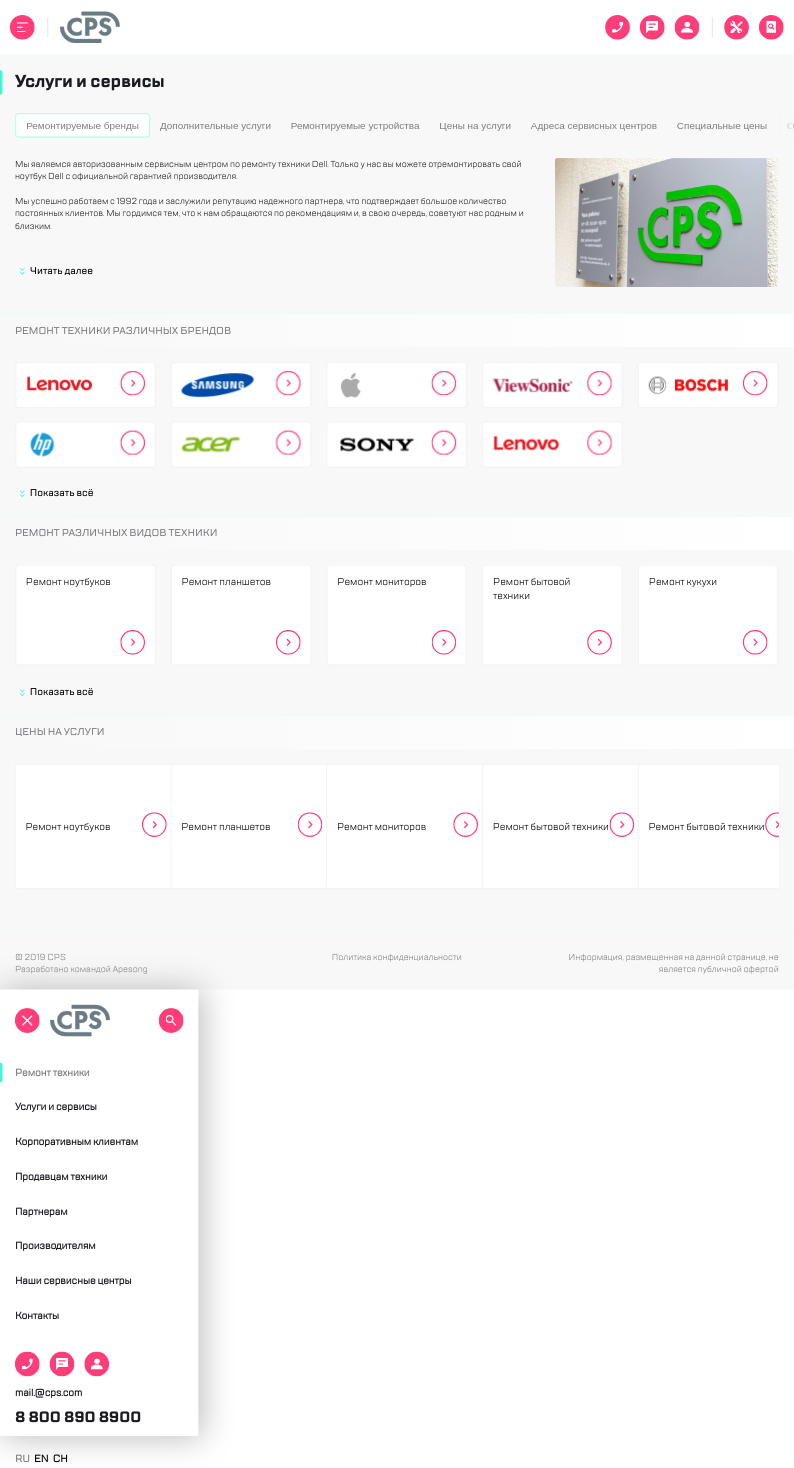
Repository: Dedoxa/WebCoreF
Page: /
The author's editor kept a copy of each file at every save. The page is drawn from the files as they stood at one save, then again after the next save.
The browser window is 1280 px wide. The pictures show the whole page, at 62% of full size.
The project was rebuilt for these pictures with package versions that can differ from the ones it lists, and the page was loaded fresh each time. Also part of the build but not shown: webpack.config.js.

Above is the page before, as saved 2024-06-15 18:19:55.

### src/index.html
<!DOCTYPE html>
<html lang="en">
  <head>
    <meta charset="UTF-8" />
    <meta
      name="viewport"
      content="width=device-width, user-scalable=no, initial-scale=1.0, maximum-scale=1.0, minimum-scale=1.0"
    />
    <meta http-equiv="X-UA-Compatible" content="ie=edge" />
    <title>WebCoreFinal</title>
  </head>
  <body>
    <header class="header">
      <div class="header__left-side">
        <a id="burger" href="#" class="icon header__icon"></a>
        <a id="logo" href="#" class="icon header__icon"></a>
      </div>
      <div class="header__right-side">
        <a id="call" href="#" class="icon header__icon"></a>
        <a id="chat" href="#" class="icon header__icon"></a>
        <a id="profile" href="#" class="icon header__icon"></a>
        <a id="repair" href="#" class="icon header__icon"></a>
        <a id="checkStatus" href="#" class="icon header__icon"></a>
      </div>
    </header>
    <main>
      <section class="presentation">
        <div class="presentation__wrapper">
          <div class="presentation__title">
            <h1 class="presentation__heading">Услуги и сервисы</h1>
            <div class="presentation__right-area">
              <label class="presentation__icon-area">
                <span class="presentation__icon-text">Оставить заявку</span>
                <a id="repair" href="#" class="icon presentation__icon"></a>
              </label>
              <label class="presentation__icon-area">
                <span class="presentation__icon-text">Статус ремонта</span>
                <a id="checkStatus" href="#" class="icon presentation__icon"></a>
              </label>
            </div>
          </div>
          <div class="presentation__buttons">
            <button href="#" class="presentation__button presentation__button--focus">
              Ремонтируемые бренды
            </button>
            <button href="#" class="presentation__button">
              Дополнительные услуги
            </button>
            <button href="#" class="presentation__button">
              Ремонтируемые устройства
            </button>
            <button href="#" class="presentation__button">
              Цены на услуги
            </button>
            <button href="#" class="presentation__button">
              Адреса сервисных центров
            </button>
            <button href="#" class="presentation__button">
              Специальные цены
            </button>
            <button href="#" class="presentation__button">Отзывы</button>
            <div class="presentation__right-fade-effect"></div>
          </div>
          <div class="presentation__container">
            <div class="presentation__description">
              <p class="presentation__text">
                Мы являемся авторизованным сервисным центром по ремонту техники
                Dell. Только у нас вы можете отремонтировать свой ноутбук Dell с
                официальной гарантией производителя. <br /><br />
                Мы успешно работаем с 1992 года и заслужили репутацию надежного
                партнера, что подтверждает большое количество постоянных клиентов.
                Мы гордимся тем, что к нам обращаются по рекомендациям и, в свою
                очередь, советуют нас родным и близким.
              </p>
              <span class="presentation__toggler">Читать далее</span>
            </div>
            <img src="img/CPS-img-tablet.jpg" alt="" class="presentation__image-tablet" />
            <img
              src="img/CPS-img-desktop.jpg"
              alt=""
              class="presentation__image-desktop"
            />
          </div>
        </div>
        <img src="img/CPS-img-phone.jpg" alt="" class="presentation__image-phone" />
      </section>
      <section class="plates">
        <header class="plates__heading">
            <div class="plates__wrapper plates__wrapper-heading">
                <span>Ремонт техники различных брендов</span>
            </div>
        </header>
        <div class="plates__content-area">
            <div class="plates__wrapper">
                <div class="plates__swiper-container">
                    <div class="swiper plates__swiper">
                        <div id="plate-options" class="swiper-wrapper plates__brands-wrapper">
                            <div class="swiper-slide plates__slide">
                                <div class="plates__brand-plate">
                                    <img src="../img/logo-lenovo.png"  width="108" height="32"  class="plates__logo"></img>
                                    <div class="plates__dropdown-wrapper">
                                      <img src="./img/ic-dropdown.svg"></img>
                                    </div>
                                </div>
                            </div>
                            <div class="swiper-slide plates__slide">
                                <div class="plates__brand-plate">
                                    <img src="../img/logo-samsung.png" width="116" height="38.52" class="plates__logo"></img>
                                    <div class="plates__dropdown-wrapper">
                                      <img src="./img/ic-dropdown.svg"></img>
                                    </div>
                                </div>
                            </div>
                            <div class="swiper-slide plates__slide">
                                <div class="plates__brand-plate">
                                    <img src="../img/logo-apple.png" width="44" height="44" class="plates__logo"></img>
                                    <div class="plates__dropdown-wrapper">
                                      <img src="./img/ic-dropdown.svg"></img>
                                    </div>
                                </div>
                            </div>
                            <div class="swiper-slide plates__slide">
                                <div class="plates__brand-plate">
                                    <img src="../img/logo-viewSonic.png" width="128" height="21" class="plates__logo"></img>
                                    <div class="plates__dropdown-wrapper">
                                      <img src="./img/ic-dropdown.svg"></img>
                                    </div>
                                </div>
                            </div>
                            <div class="swiper-slide plates__slide">
                                <div class="plates__brand-plate">
                                    <img src="../img/logo-bosch.png" width="128" height="28.6" class="plates__logo"></img>
                                    <div class="plates__dropdown-wrapper">
                                      <img src="./img/ic-dropdown.svg"></img>
                                    </div>
                                </div>
                            </div>
                            <div class="swiper-slide plates__slide">
                                <div class="plates__brand-plate">
                                    <img src="../img/logo-hp.png" width="52" height="52" class="plates__logo"></img>
                                    <div class="plates__dropdown-wrapper">
                                      <img src="./img/ic-dropdown.svg"></img>
                                    </div>
                                </div>
                            </div>
                            <div class="swiper-slide plates__slide">
                                <div class="plates__brand-plate">
                                    <img src="../img/logo-acer.png" width="94" height="24" class="plates__logo"></img>
                                    <div class="plates__dropdown-wrapper">
                                      <img src="./img/ic-dropdown.svg"></img>
                                    </div>
                                </div>
                            </div>
                            <div class="swiper-slide plates__slide">
                                <div class="plates__brand-plate">
                                    <img src="../img/logo-sony.png" width="128" height="25.6" class="plates__logo"></img>
                                    <div class="plates__dropdown-wrapper">
                                      <img src="./img/ic-dropdown.svg"></img>
                                    </div>
                                </div>
                            </div>
                            <div class="swiper-slide plates__slide">
                                <div class="plates__brand-plate">
                                    <img src="../img/logo-lenovo.png"  width="108" height="32"  class="plates__logo"></img>
                                    <div class="plates__dropdown-wrapper">
                                      <img src="./img/ic-dropdown.svg"></img>
                                    </div>
                                </div>
                            </div>
                        </div>
                        <div class="swiper-pagination"></div>
                    </div>
                </div>
            </div>
            <div class="plates__toggler-area">
                <label class="plates__wrapper plates__wrapper-toggler">
                    <span id="plates-toggler" class="plates__toggler">Показать всё</span>
                </label>
            </div>
        </div>
      </section>
      <section class="plates">
        <header class="plates__heading">
            <div class="plates__wrapper plates__wrapper-heading">
                <span>Ремонт различных видов техники</span>
            </div>
        </header>
        <div class="plates__content-area">
            <div class="plates__wrapper">
                <div class="plates__swiper-container">
                    <div class="swiper plates__swiper">
                        <div id="device-options" class="swiper-wrapper plates__devices-wrapper">
                            <div class="swiper-slide plates__slide">
                                <div class="plates__device-plate">
                                  <span class="plates__logo">Ремонт ноутбуков</span>
                                  <div class="plates__dropdown-wrapper">
                                    <img src="./img/ic-dropdown.svg"></img>
                                  </div>
                                </div>
                            </div>
                            <div class="swiper-slide plates__slide">
                                <div class="plates__device-plate">
                                  <span class="plates__logo">Ремонт планшетов</span>
                                  <div class="plates__dropdown-wrapper">
                                    <img src="./img/ic-dropdown.svg"></img>
                                  </div>
                                </div>
                            </div>
                            <div class="swiper-slide plates__slide">
                                <div class="plates__device-plate">
                                  <span class="plates__logo">Ремонт мониторов</span>
                                  <div class="plates__dropdown-wrapper">
                                    <img src="./img/ic-dropdown.svg"></img>
                                  </div>
                                </div>
                            </div>
                            <div class="swiper-slide plates__slide">
                                <div class="plates__device-plate">
                                  <span class="plates__logo">Ремонт бытовой техники</span>
                                  <div class="plates__dropdown-wrapper">
                                    <img src="./img/ic-dropdown.svg"></img>
                                  </div>
                                </div>
                            </div>
                            <div class="swiper-slide plates__slide">
                                <div class="plates__device-plate">
                                  <span class="plates__logo">Ремонт кукухи</span>
                                  <div class="plates__dropdown-wrapper">
                                    <img src="./img/ic-dropdown.svg"></img>
                                  </div>
                                </div>
                            </div>
                            <div class="swiper-slide plates__slide">
                                <div class="plates__device-plate">
                                  <span class="plates__logo">Ремонт шмемонт</span>
                                  <div class="plates__dropdown-wrapper">
                                    <img src="./img/ic-dropdown.svg"></img>
                                  </div>
                                </div>
                            </div>
                            <div class="swiper-slide plates__slide">
                                <div class="plates__device-plate">
                                  <span class="plates__logo">Ремонт бельмонт</span>
                                  <div class="plates__dropdown-wrapper">
                                    <img src="./img/ic-dropdown.svg"></img>
                                  </div>
                                </div>
                            </div>
                            <div class="swiper-slide plates__slide">
                                <div class="plates__device-plate">
                                  <span class="plates__logo">Ремонт взял тебя на понт</span>
                                  <div class="plates__dropdown-wrapper">
                                    <img src="./img/ic-dropdown.svg"></img>
                                  </div>
                                </div>
                            </div>
                            <div class="swiper-slide plates__slide">
                                <div class="plates__device-plate">
                                  <span class="plates__logo">Ремонт дорог (вечный*)</span>
                                  <div class="plates__dropdown-wrapper">
                                    <img src="./img/ic-dropdown.svg"></img>
                                  </div>
                                </div>
                            </div>
                        </div>
                        <div class="swiper-pagination"></div>
                    </div>
                </div>
            </div>
            <div class="plates__toggler-area">
                <label class="plates__wrapper plates__wrapper-toggler">
                    <span id="devices-toggler" class="plates__toggler">Показать всё</span>
                </label>
            </div>
        </div>
      </section>
      <section class="plates">
        <header class="plates__heading">
          <div class="plates__wrapper plates__wrapper-heading">
            <span>Цены на услуги</span>
          </div>
        </header>
        <div class="plates__content-area">
          <div class="plates__wrapper">
            <div class="plates__swiper-container">
              <div class="swiper plates__swiper">
                <div class="swiper-wrapper plates__table-wrapper">

                  <div class="swiper-slide plates__slide">
                    <div class="plates__table-plate">
                      <span class="plates__logo">Ремонт ноутбуков</span>
                      <div class="plates__dropdown-wrapper">
                        <img src="./img/ic-dropdown.svg"/>
                      </div>
                    </div>
                  </div>
                  <div class="swiper-slide plates__slide">
                    <div class="plates__table-plate">
                      <span class="plates__logo">Ремонт планшетов</span>
                      <div class="plates__dropdown-wrapper">
                        <img src="./img/ic-dropdown.svg"/>
                      </div>
                    </div>
                  </div>
                  <div class="swiper-slide plates__slide">
                    <div class="plates__table-plate">
                      <span class="plates__logo">Ремонт мониторов</span>
                      <div class="plates__dropdown-wrapper">
                        <img src="./img/ic-dropdown.svg"/>
                      </div>
                    </div>
                  </div>
                  <div class="swiper-slide plates__slide">
                    <div class="plates__table-plate">
                      <span class="plates__logo">Ремонт бытовой техники</span>
                      <div class="plates__dropdown-wrapper">
                        <img src="./img/ic-dropdown.svg"/>
                      </div>
                    </div>
                  </div>
                  <div class="swiper-slide plates__slide">
                    <div class="plates__table-plate">
                      <span class="plates__logo">Ремонт бытовой техники</span>
                      <div class="plates__dropdown-wrapper">
                        <img src="./img/ic-dropdown.svg"/>
                      </div>
                    </div>
                  </div>
                </div>
                <div class="swiper-pagination"></div>
              </div>
            </div>
          </div>
        </div>
        <div class="priceText">

        </div>
      </section>
      <footer class="footer">
        <div class="footer__wrapper">
            <div>
              <p>© 2019 CPS<br>Разработано командой Apesong</p>
            </div>
            <div>
              <p>Политика конфиденциальности</p>
            </div>
            <div>
              <p>Информация, размещенная на данной странице, не является публичной офертой</p>
            </div>
      </footer>

      <aside class="aside-menu">
        <div class="aside-menu__wrapper">
          <div>
            <div class="aside-menu__header">
              <div class="aside-menu__subwrapper">
                <div class="aside-menu__header-left">
                  <a id="cross" href="#" class="icon aside-menu__icon"></a>
                  <a id="logo" href="#" class="icon aside-menu__icon"></a>
                </div>
                <div class="aside-menu__header-right">
                  <a id="search" href="#" class="icon aside-menu__icon"></a>
                </div>
              </div>
            </div>
            <ul class="aside-menu__links-list">
              <li class="aside-menu__link aside-menu__link--active">
                <a href="#" class=""> Ремонт техники </a>
              </li>
              <li class="aside-menu__link"><a href="#"> Услуги и сервисы </a></li>
              <li class="aside-menu__link"><a href="#"> Корпоративным клиентам </a></li>
              <li class="aside-menu__link"><a href="#"> Продавцам техники </a></li>
              <li class="aside-menu__link"><a href="#"> Партнерам </a></li>
              <li class="aside-menu__link"><a href="#"> Производителям </a></li>
              <li class="aside-menu__link"><a href="#"> Наши сервисные центры </a></li>
              <li class="aside-menu__link"><a href="#"> Контакты </a></li>
            </ul>
          </div>
          <section class="aside-menu__down-section">
            <div class="aside-menu__down-wrapper">
              <div class="aside-menu__down-icons">
                <a id="call" href="#" class="icon aside-menu__icon"></a>
                <a id="chat" href="#" class="icon aside-menu__icon"></a>
                <a id="profile" href="#" class="icon aside-menu__icon"></a>
              </div>
              <div>
                <a href="mailto:mail.@cps.com" class="aside-menu__email"><span>mail.@cps.com</span></a>
                <a href="tel:+88008908900" class="aside-menu__phone-number"><span>8 800 890 8900</span></a>
              </div>
              <div class="aside-menu__language-choice">
                <span class="aside-menu__language-option aside-menu__language-option--active">RU</span>
                <span class="aside-menu__language-option">EN</span>
                <span class="aside-menu__language-option">CH</span>
              </div>
            </div>
          </section>
        </div>
      </aside>
    </main>
  </body>
</html>

### src/scss/style.scss
@import url('./\(id\)icons.scss');
@import url('./\(import\)fonts.scss');
@import url('./\(tag\)html.scss');
@import url('./\(tag\)svg.scss');
@import url('../../node_modules/swiper/swiper-bundle.css');

@import url('./aside-menu.scss');
@import url('./footer.scss');
@import url('./header.scss');
@import url('./icon.scss');
@import url('./jsExpand.scss');
@import url('./plates.scss');
@import url('./presentation.scss');
@import url('./swiper-castomization.scss');

### src/scss/(id)icons.scss
#burger {
  background-image: url('../img/ic-burger.svg');
}

#logo {
  background-color: transparent;
  border-radius: 0;
  background-image: url('../img/ic-CPSLogo.svg');
}

#call {
  background-image: url('../img/ic-call.svg');
}

#chat {
  background-image: url('../img/ic-chat.svg');
}

#profile {
  background-image: url('../img/ic-profile.svg');
}

#repair {
  background-image: url('../img/ic-repair.svg');
}

#checkStatus {
  background-image: url('../img/ic-checkstatus.svg');
}

#cross {
  background-image: url('../img/ic-cross.svg');
}

#search {
  background-image: url('../img/ic-search.svg');
}

### src/scss/(tag)html.scss
html {
  box-sizing: border-box;
  font-family: 'TT Lakes Regular', Times, serif;

  * {
    box-sizing: inherit;
    margin: 0;
    padding: 0;

    &:before,
    &:after {
      box-sizing: inherit;
      margin: 0;
      padding: 0;
    }
  }
}

### src/scss/(tag)svg.scss
svg {
  position: absolute;
  top: 50%;
  left: 50%;
  transform: translate(-50%, -50%);
}

### src/scss/icon.scss
.icon {
  flex: 0 0 auto;
  position: relative;
  width: 40px;
  height: 40px;
  background-color: #ff3e79;
  background-repeat: no-repeat;
  background-position: center;
  border-radius: 50%;
  transition: opacity linear 0.2s;
  opacity: 100%;

  &:hover {
    transition: opacity linear 0.2s;
    opacity: 50%;
  }
}

### src/scss/jsExpand.scss
.jsExpand {
  height: max-content !important;
}

### src/scss/swiper-castomization.scss
.swiper-pagination {
  .swiper-pagination-bullet {
    width: 12px;
    height: 12px;
    background-color: #dddddd;
  }

  .swiper-pagination-bullet-active {
    background-color: #b5b6bc;
  }
}

Loaded but not shown: src/js/js.js (51 lines, source omitted); src/js/index.js (4 lines, source omitted); src/scss/presentation.scss (262 lines, source omitted); src/scss/plates.scss (208 lines, source omitted); src/scss/aside-menu.scss (163 lines, source omitted); src/scss/header.scss (87 lines, source omitted); src/scss/(import)fonts.scss (29 lines, source omitted); src/scss/footer.scss (56 lines, source omitted)

After the next save:
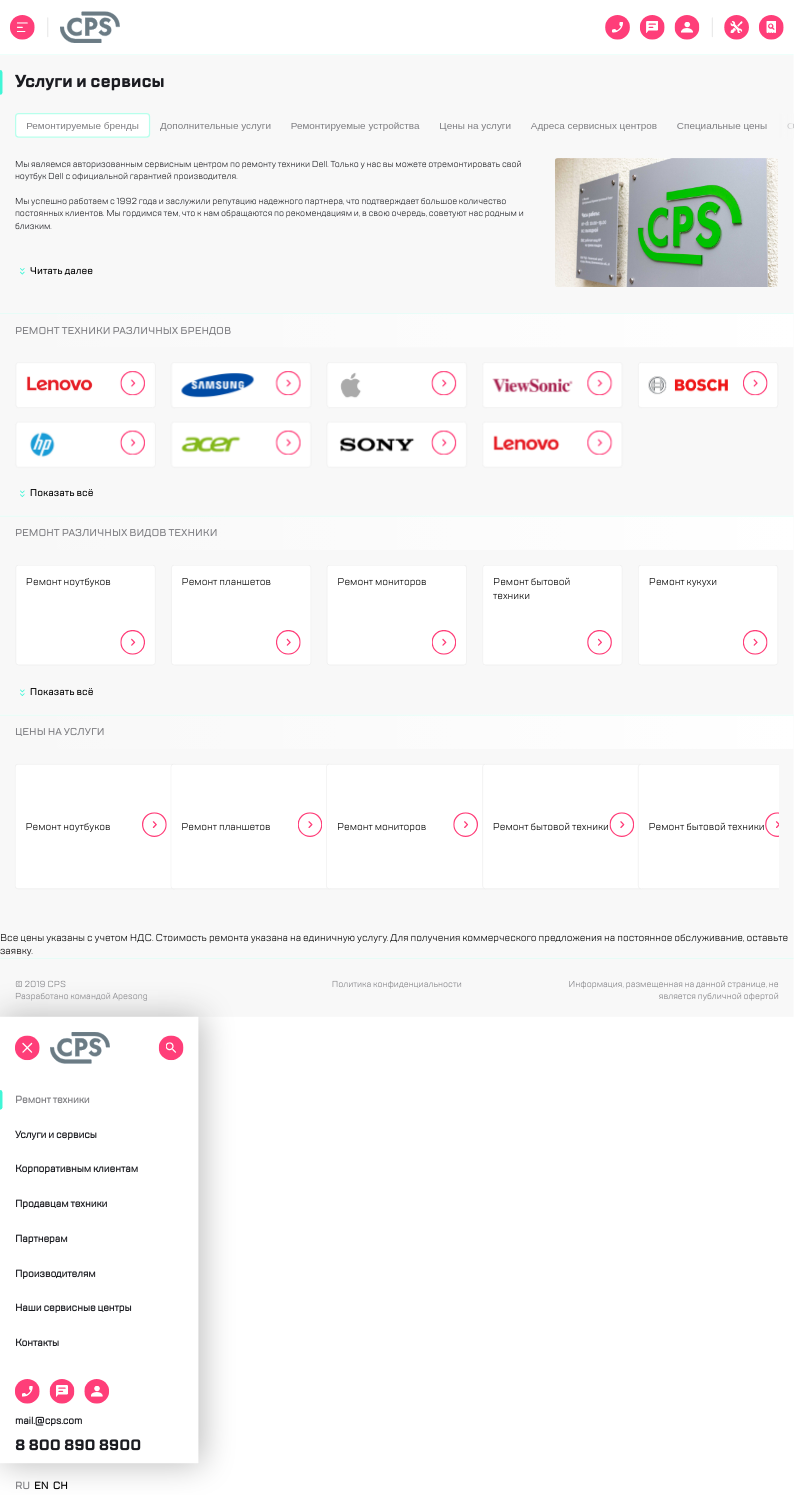
Saved 23 s later.
--- a/src/index.html
+++ b/src/index.html
@@ -333,7 +333,8 @@
           </div>
         </div>
         <div class="priceText">
-
+          <p>Все цены указаны с учетом НДС. Стоимость ремонта указана на единичную услугу. Для получения коммерческого предложения на постоянное обслуживание, оставьте заявку.</p>
+          <p></p>
         </div>
       </section>
       <footer class="footer">
